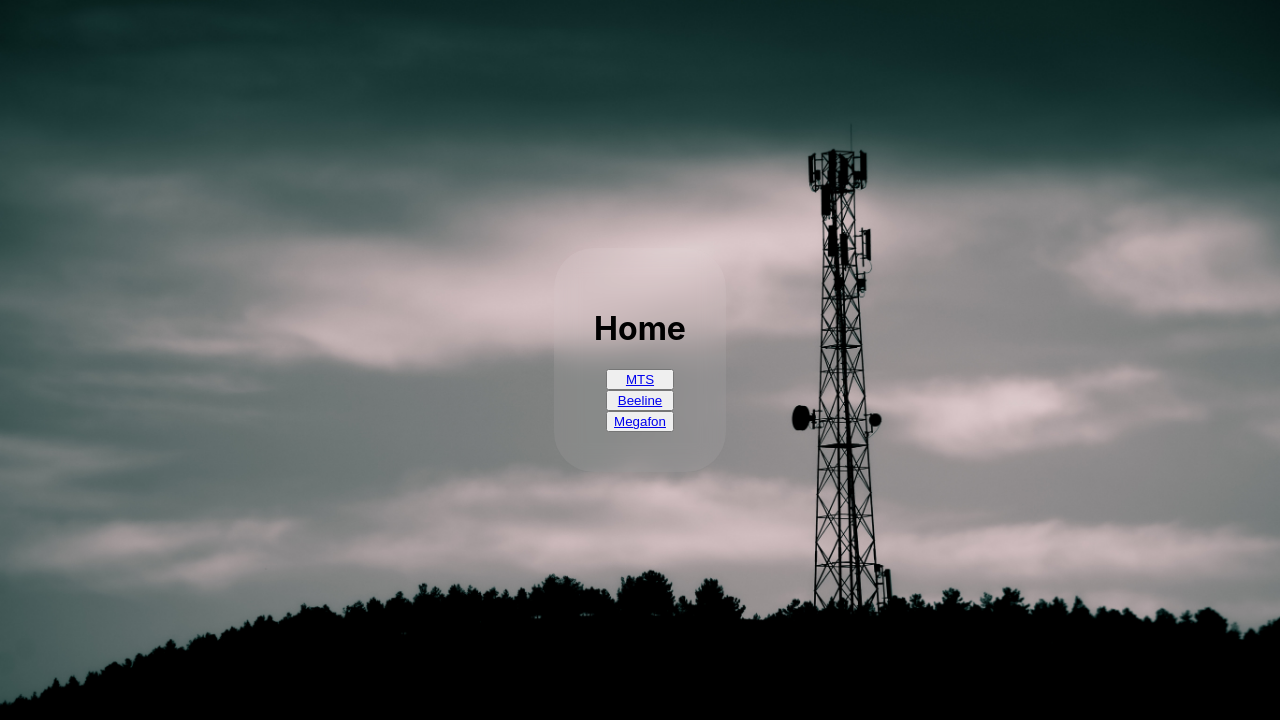
Repository: MiroslavWise/operator
Page: /
These files come from the project's save history. The page is drawn as it stood at one moment and after the next save; the edit follows.
The browser window is 1280 px wide. The pictures show the whole page.
The project was rebuilt for these pictures with package versions that can differ from the ones it lists, and the page was loaded fresh each time. Also part of the build but not shown: src/pages/MTS.jsx, src/pages/Beeline.jsx, src/pages/Megafon.jsx. Imported but missing from the stored project, and not drawn on this page: src/components/CompFormik.

Above is the page before, as saved 2022-02-15 19:02:20.

### src/index.tsx
import { BrowserRouter, Routes, Route } from "react-router-dom";

import ReactDOM from 'react-dom';
import './index.css';
import App from './App';
import reportWebVitals from './reportWebVitals';
import MTS from "./pages/MTS";
import Beeline from "./pages/Beeline";
import Megafon from "./pages/Megafon";

ReactDOM.render(
    <BrowserRouter>
    <Routes>
      <Route path="/" element={<App />}/>
      <Route path="mts" element={<MTS />}/>
      <Route path="beeline" element={<Beeline />}/>
      <Route path="megafon" element={<Megafon />}/>
    </Routes>
  </BrowserRouter>,

  document.getElementById('root')
);

// If you want to start measuring performance in your app, pass a function
// to log results (for example: reportWebVitals(console.log))
// or send to an analytics endpoint. Learn more: https://bit.ly/CRA-vitals
reportWebVitals();

### src/index.css
body {
  margin: 0;
  font-family: -apple-system, BlinkMacSystemFont, 'Segoe UI', 'Roboto', 'Oxygen',
    'Ubuntu', 'Cantarell', 'Fira Sans', 'Droid Sans', 'Helvetica Neue',
    sans-serif;
  -webkit-font-smoothing: antialiased;
  -moz-osx-font-smoothing: grayscale;
  display: flex;
  justify-content: center;
  justify-items: center;
  align-items: center;
  height: 100vh;
  background-image: url(Picture/pexels-furkan-i̇nce-4249270.jpg);
  background-size: cover;
}

code {
  font-family: source-code-pro, Menlo, Monaco, Consolas, 'Courier New',
    monospace;
}

### src/App.tsx
import './App.css';
import { Link } from 'react-router-dom';

function App() {
  return (
  <div className='navigation'>
      <h1>Home</h1>
      <nav>
        <button><Link to="mts">MTS</Link></button>
        <button><Link to="beeline">Beeline</Link></button>
        <button><Link to="megafon">Megafon</Link></button>
      </nav>
    </div>
  );
}

export default App;

### src/App.css

@media (prefers-reduced-motion: no-preference) {
  .App-logo {
    animation: App-logo-spin infinite 20s linear;
  }
}

.App-header {
  background-color: #282c34;
  min-height: 100vh;
  display: flex;
  flex-direction: column;
  align-items: center;
  justify-content: center;
  font-size: calc(10px + 2vmin);
  color: white;
}

.App-link {
  color: #61dafb;
}

@keyframes App-logo-spin {
  from {
    transform: rotate(0deg);
  }
  to {
    transform: rotate(360deg);
  }
}

.navigation {
    display: flex;
    flex-direction: column;
    justify-content: center;
    align-items: center;
    background-color: #ffffff10;
    backdrop-filter: blur(12px);
    -webkit-backdrop-filter: blur(50px);
    border-radius: 40px;
    height: auto;
    padding: 40px;
    margin:auto;
}

nav {
    display: flex;
    flex-direction: column;
    justify-content: center;
}

Loaded but not shown: public/index.html (common file); src/reportWebVitals.ts (common file)

After the next save:
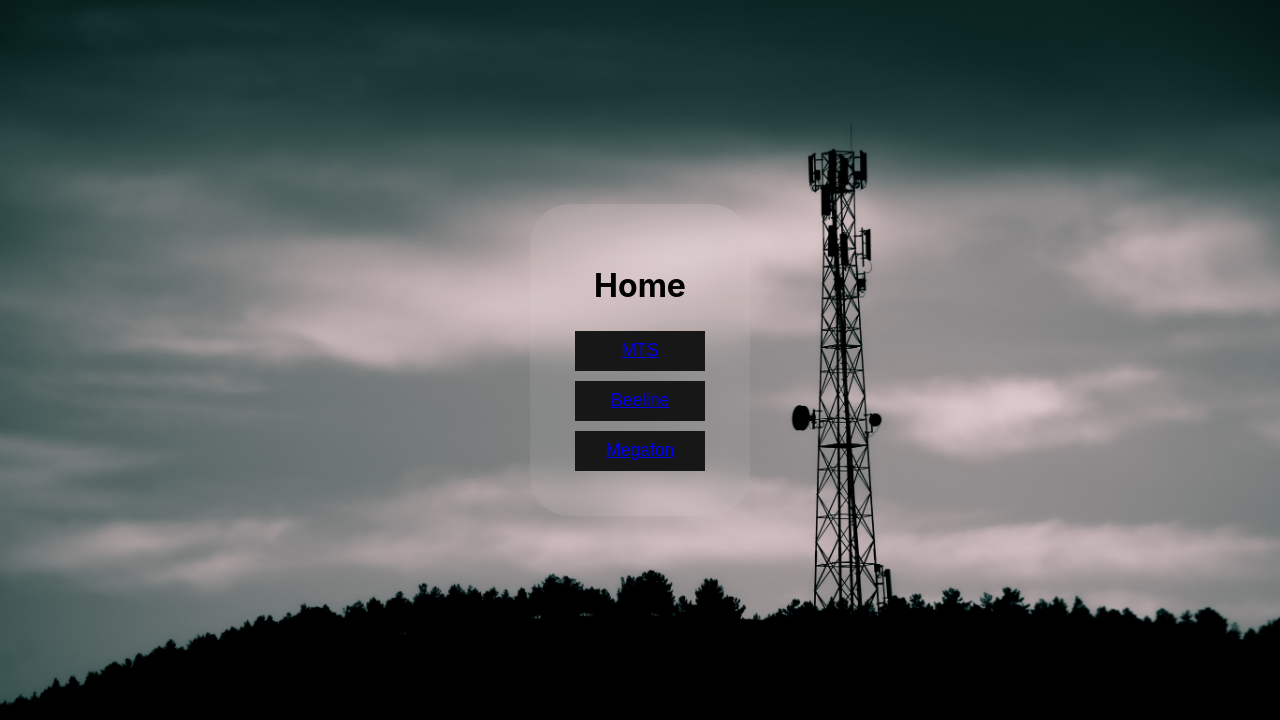
Saved 23 s later.
--- a/src/App.css
+++ b/src/App.css
@@ -48,3 +48,15 @@
     flex-direction: column;
     justify-content: center;
 }
+
+button{
+  width: 130px;
+  height: 40px;
+  font-size: 1.1em;
+  cursor: pointer;
+  background-color: #171717;
+  color: rgb(231, 178, 63);
+  border: none;
+  transition: ease-in-out 0.8;
+  margin: 5px;
+}
